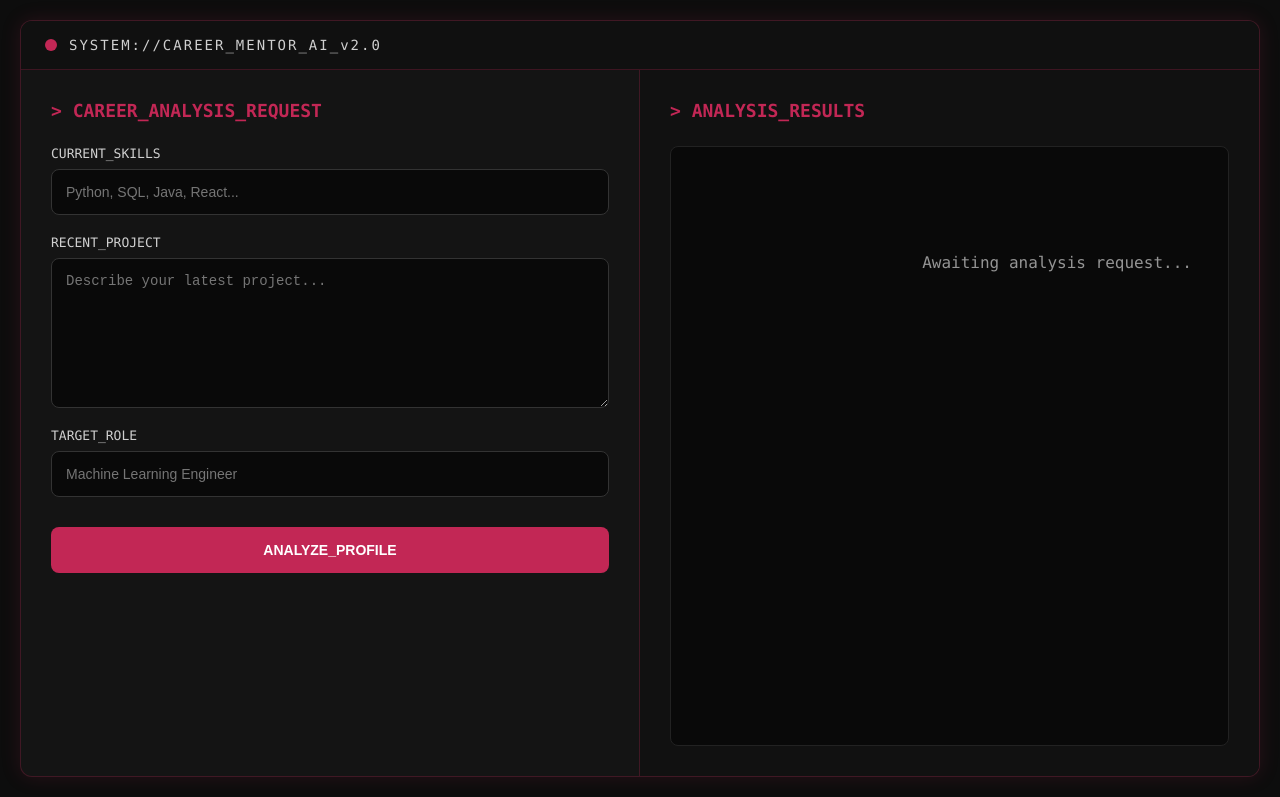
Repository: PratapOP/Career_Mentor_AI
Page: frontend/index.html
An editor plug-in stored every save of this project. The page is shown before and after the next save, followed by the edit.
The browser window is 1280 px wide. The pictures show the whole page.

Above is the page before, as saved 2026-06-09 09:59:30.

### frontend/index.html
<!DOCTYPE html>
<html lang="en">
<head>
    <meta charset="UTF-8">
    <meta name="viewport" content="width=device-width, initial-scale=1.0">
    <title>Career Mentor AI</title>

    <link rel="stylesheet" href="style.css">
</head>
<body>

    <div class="terminal-container">

        <header class="terminal-header">
            <div class="status-indicator"></div>
            <span class="system-title">
                SYSTEM://CAREER_MENTOR_AI_v2.0
            </span>
        </header>

        <main class="terminal-body">

            <!-- INPUT PANEL -->

            <section class="panel input-panel">

                <h2 class="panel-title">
                    > CAREER_ANALYSIS_REQUEST
                </h2>

                <form id="mentorForm">

                    <div class="input-group">
                        <label for="skills">
                            CURRENT_SKILLS
                        </label>

                        <input
                            type="text"
                            id="skills"
                            name="skills"
                            placeholder="Python, SQL, Java, React..."
                            required
                        >
                    </div>

                    <div class="input-group">
                        <label for="project">
                            RECENT_PROJECT
                        </label>

                        <textarea
                            id="project"
                            name="project"
                            rows="5"
                            placeholder="Describe your latest project..."
                            required
                        ></textarea>
                    </div>

                    <div class="input-group">
                        <label for="target">
                            TARGET_ROLE
                        </label>

                        <input
                            type="text"
                            id="target"
                            name="target"
                            placeholder="Machine Learning Engineer"
                            required
                        >
                    </div>

                    <button
                        type="submit"
                        class="submit-btn"
                    >
                        ANALYZE_PROFILE
                    </button>

                </form>

            </section>

            <!-- OUTPUT PANEL -->

            <section class="panel output-panel">

                <h2 class="panel-title">
                    > ANALYSIS_RESULTS
                </h2>

                <div
                    class="output-screen"
                    id="outputScreen"
                >
                    <div class="terminal-prompt">
                        Awaiting analysis request...
                    </div>
                </div>

            </section>

        </main>

    </div>

    <script src="app.js"></script>

</body>
</html>

### frontend/style.css
:root {
    --bg-dark: #0d0d0d;
    --panel-bg: #141414;
    --card-bg: #1b1b1b;

    --accent: #c22755;

    --text-primary: #ededed;
    --text-secondary: #cfcfcf;

    --border: rgba(194, 39, 85, 0.25);
}

* {
    margin: 0;
    padding: 0;
    box-sizing: border-box;
}

body {
    background: var(--bg-dark);
    color: var(--text-primary);

    font-family: Consolas, Monaco, monospace;

    min-height: 100vh;

    display: flex;
    justify-content: center;
    align-items: center;

    padding: 20px;
}

.terminal-container {

    width: 100%;
    max-width: 1400px;

    border: 1px solid var(--border);

    border-radius: 12px;

    overflow: hidden;

    background: var(--panel-bg);

    box-shadow:
        0 0 20px rgba(194,39,85,0.15);
}

.terminal-header {

    display: flex;
    align-items: center;
    gap: 12px;

    padding: 16px 24px;

    border-bottom: 1px solid var(--border);

    background: #101010;
}

.status-indicator {

    width: 12px;
    height: 12px;

    border-radius: 50%;

    background: var(--accent);

    animation: pulse 2s infinite;
}

.system-title {

    font-size: 14px;

    letter-spacing: 2px;

    color: var(--text-secondary);
}

.terminal-body {

    display: grid;

    grid-template-columns: 1fr 1fr;

    min-height: 700px;
}

.panel {

    padding: 30px;
}

.input-panel {

    border-right: 1px solid var(--border);
}

.panel-title {

    color: var(--accent);

    margin-bottom: 25px;

    font-size: 18px;

    font-weight: bold;
}

.input-group {

    margin-bottom: 20px;

    display: flex;

    flex-direction: column;

    gap: 8px;
}

.input-group label {

    font-size: 13px;

    color: var(--text-secondary);
}

.input-group input,
.input-group textarea {

    width: 100%;

    background: #090909;

    border: 1px solid #333;

    color: white;

    border-radius: 8px;

    padding: 14px;

    font-size: 14px;

    outline: none;
}

.input-group input:focus,
.input-group textarea:focus {

    border-color: var(--accent);
}

textarea {

    resize: vertical;

    min-height: 150px;
}

.submit-btn {

    width: 100%;

    margin-top: 10px;

    padding: 15px;

    border: none;

    border-radius: 8px;

    background: var(--accent);

    color: white;

    cursor: pointer;

    font-weight: bold;

    font-size: 14px;
}

.submit-btn:hover {

    opacity: 0.9;
}

.output-panel {

    background: #111;
}

.output-screen {

    background: #090909;

    border: 1px solid #222;

    border-radius: 8px;

    padding: 20px;

    min-height: 600px;

    overflow-y: auto;

    white-space: pre-wrap;

    line-height: 1.7;

    color: var(--text-secondary);
}

.terminal-prompt {

    opacity: 0.7;
}

pre {

    white-space: pre-wrap;

    word-wrap: break-word;

    color: var(--text-primary);
}

.card {

    background: var(--card-bg);

    border: 1px solid var(--border);

    border-radius: 10px;

    padding: 18px;

    margin-bottom: 15px;
}

.card-title {

    color: var(--accent);

    margin-bottom: 10px;

    font-weight: bold;
}

.badge {

    display: inline-block;

    padding: 5px 10px;

    border-radius: 20px;

    background: rgba(194,39,85,0.15);

    color: var(--accent);

    margin-right: 8px;

    margin-bottom: 8px;
}

@keyframes pulse {

    0% {
        opacity: 0.4;
    }

    50% {
        opacity: 1;
    }

    100% {
        opacity: 0.4;
    }
}

@media (max-width: 900px) {

    .terminal-body {

        grid-template-columns: 1fr;
    }

    .input-panel {

        border-right: none;

        border-bottom: 1px solid var(--border);
    }
}

### frontend/app.js
document.addEventListener("DOMContentLoaded", () => {

    const form = document.getElementById("mentorForm");
    const outputScreen = document.getElementById("outputScreen");

    form.addEventListener("submit", async (event) => {

        event.preventDefault();

        const skills = document.getElementById("skills").value.trim();
        const project = document.getElementById("project").value.trim();
        const target = document.getElementById("target").value.trim();

        outputScreen.innerHTML = `
            <div class="terminal-prompt">
                Running career analysis...
            </div>
        `;

        try {

            const response = await fetch(
                "http://127.0.0.1:5000/api/analyze",
                {
                    method: "POST",
                    headers: {
                        "Content-Type": "application/json"
                    },
                    body: JSON.stringify({
                        skills,
                        project_description: project,
                        target_focus: target
                    })
                }
            );

            const data = await response.json();

            if (!response.ok) {
                throw new Error(
                    data.error || "Unknown server error"
                );
            }

            outputScreen.innerHTML = `
                <pre style="white-space: pre-wrap; word-wrap: break-word;">
${data.analysis}
                </pre>
            `;

        } catch (error) {

            outputScreen.innerHTML = `
                <div style="color:#ff5c5c;">
                    ERROR: ${error.message}
                </div>
            `;
        }

    });

});

After the next save:
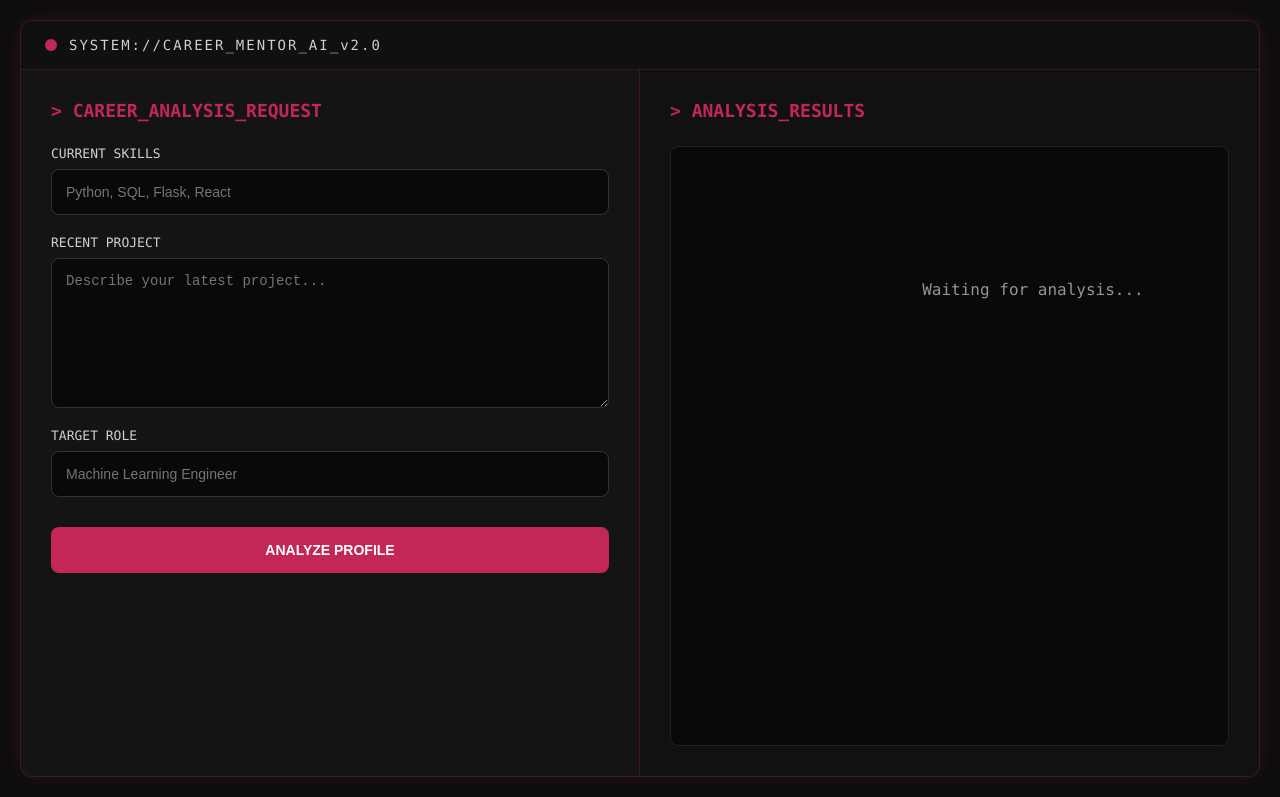
Saved 61 s later.
--- a/frontend/index.html
+++ b/frontend/index.html
@@ -12,15 +12,16 @@
     <div class="terminal-container">
 
         <header class="terminal-header">
+
             <div class="status-indicator"></div>
+
             <span class="system-title">
                 SYSTEM://CAREER_MENTOR_AI_v2.0
             </span>
+
         </header>
 
         <main class="terminal-body">
-
-            <!-- INPUT PANEL -->
 
             <section class="panel input-panel">
 
@@ -31,59 +32,59 @@
                 <form id="mentorForm">
 
                     <div class="input-group">
+
                         <label for="skills">
-                            CURRENT_SKILLS
+                            CURRENT SKILLS
                         </label>
 
                         <input
                             type="text"
                             id="skills"
-                            name="skills"
-                            placeholder="Python, SQL, Java, React..."
+                            placeholder="Python, SQL, Flask, React"
                             required
                         >
+
                     </div>
 
                     <div class="input-group">
+
                         <label for="project">
-                            RECENT_PROJECT
+                            RECENT PROJECT
                         </label>
 
                         <textarea
                             id="project"
-                            name="project"
-                            rows="5"
                             placeholder="Describe your latest project..."
                             required
                         ></textarea>
+
                     </div>
 
                     <div class="input-group">
+
                         <label for="target">
-                            TARGET_ROLE
+                            TARGET ROLE
                         </label>
 
                         <input
                             type="text"
                             id="target"
-                            name="target"
                             placeholder="Machine Learning Engineer"
                             required
                         >
+
                     </div>
 
                     <button
                         type="submit"
                         class="submit-btn"
                     >
-                        ANALYZE_PROFILE
+                        ANALYZE PROFILE
                     </button>
 
                 </form>
 
             </section>
-
-            <!-- OUTPUT PANEL -->
 
             <section class="panel output-panel">
 
@@ -92,12 +93,14 @@
                 </h2>
 
                 <div
+                    id="outputScreen"
                     class="output-screen"
-                    id="outputScreen"
                 >
+
                     <div class="terminal-prompt">
-                        Awaiting analysis request...
+                        Waiting for analysis...
                     </div>
+
                 </div>
 
             </section>
